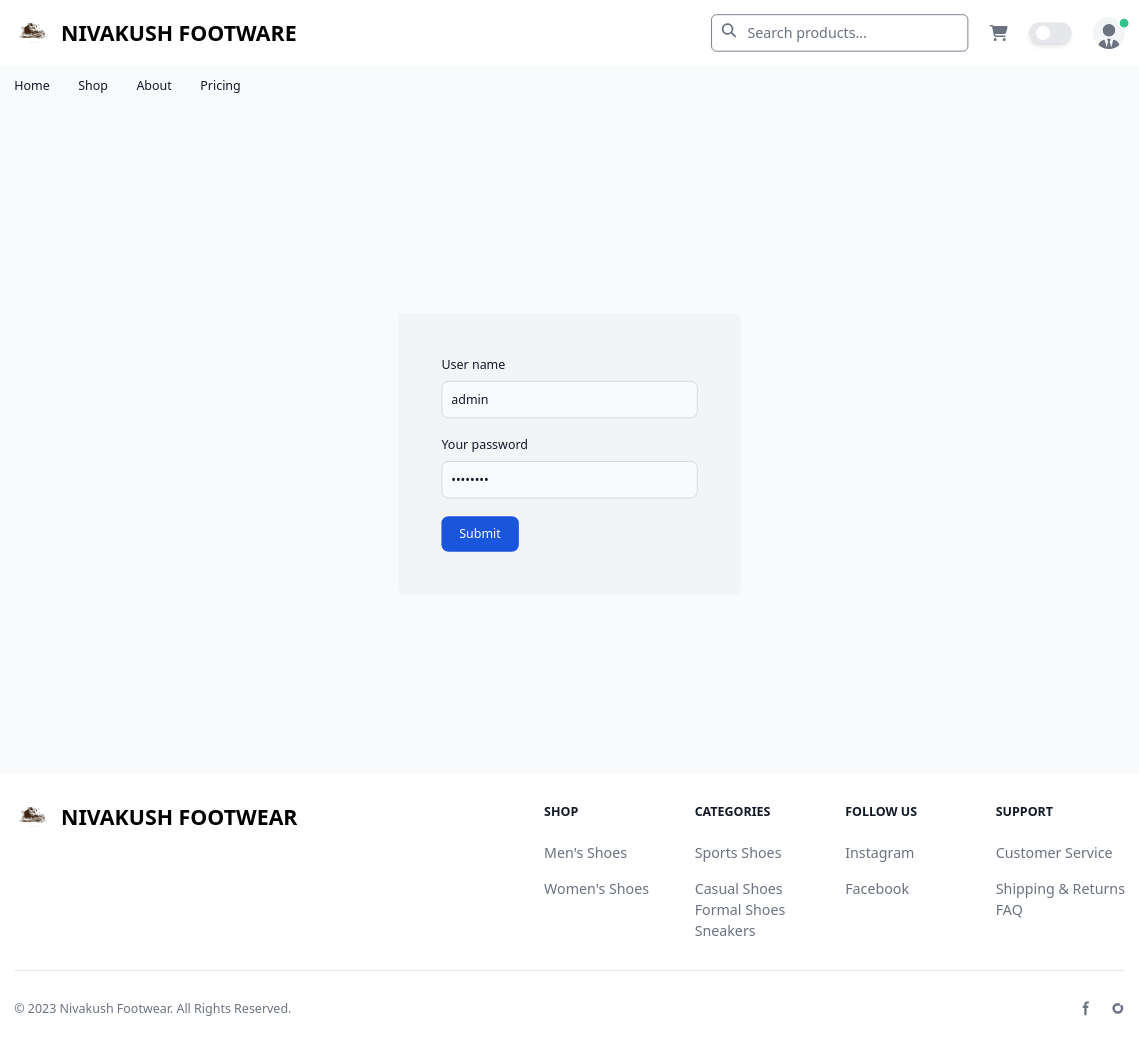
Repository: sibi24sibi/shoe-ecommerce
Page: /login
An editor plug-in stored every save of this project. The page is shown before and after the next save, followed by the edit.
The browser window is 1280 px wide. The pictures show the whole page, at 89% of full size.
Some web fonts or font styles are not loaded; a fallback is used. Some web libraries are served in a nearby version. The project was rebuilt for these pictures with package versions that can differ from the ones it lists, and the page was loaded fresh each time. Also part of the build but not shown: vite.config.js, src/Payment.jsx, src/Components/Products.jsx, src/Components/Carosel.jsx, src/Prod-page.jsx, src/Cart-page.jsx, src/ProductInfo.jsx, src/Aboutus.jsx and 3 more.

Above is the page before, as saved 2024-09-12 11:55:56.

After the next save:
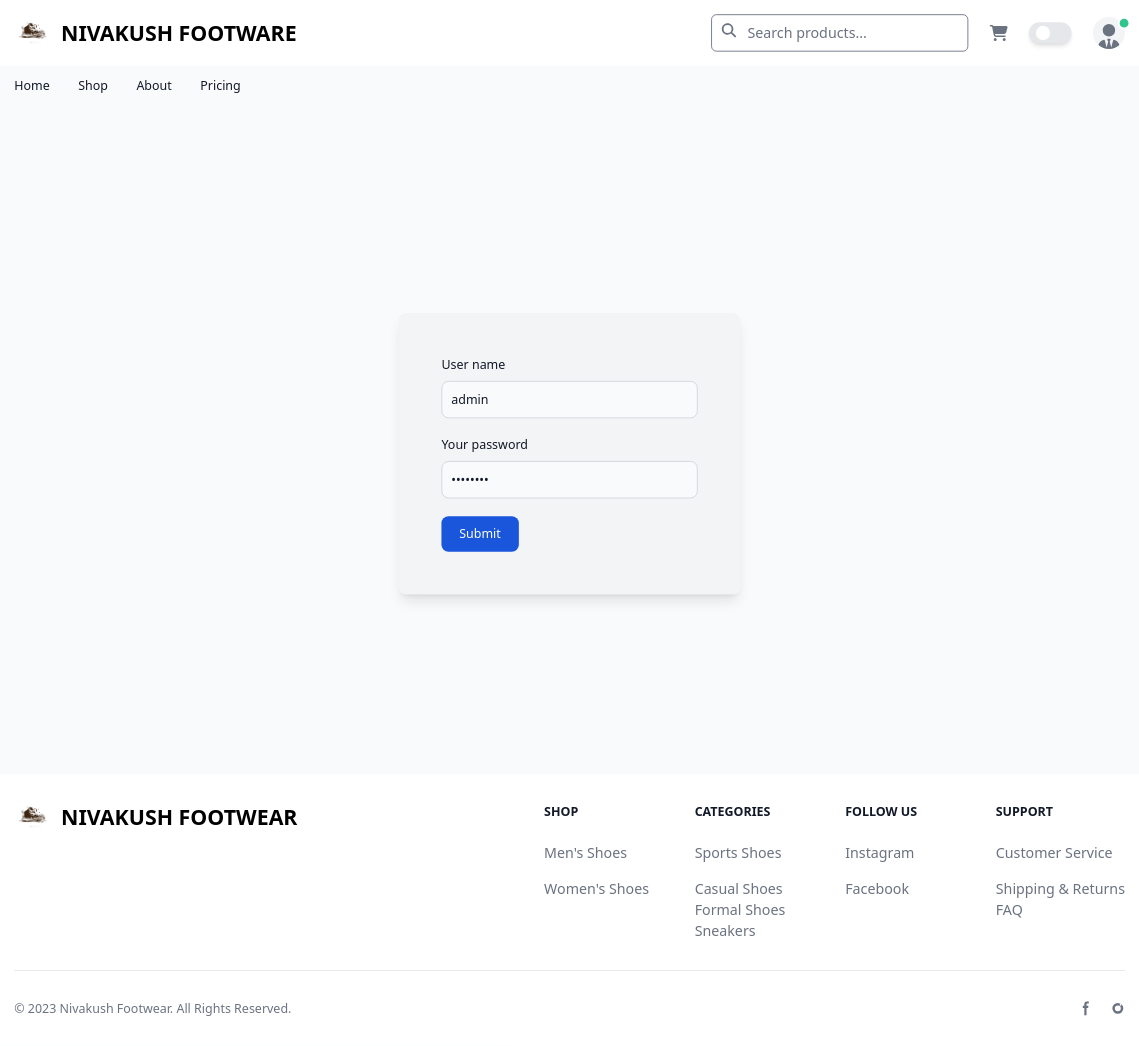
Saved 9 s later.
--- a/src/AdminLogin.jsx
+++ b/src/AdminLogin.jsx
@@ -36,7 +36,7 @@ function AdminLogin() {
   return (
     <div className="flex justify-center items-center h-screen ">
       <form
-        className="max-w-sm w-full bg-gray-100 dark:bg-gray-800 rounded-md m-8 p-12"
+        className="max-w-sm w-full bg-gray-100 dark:bg-gray-800 rounded-lg shadow-lg m-8 p-12"
         onSubmit={handleSubmit}
       >
         <div className="mb-5">
